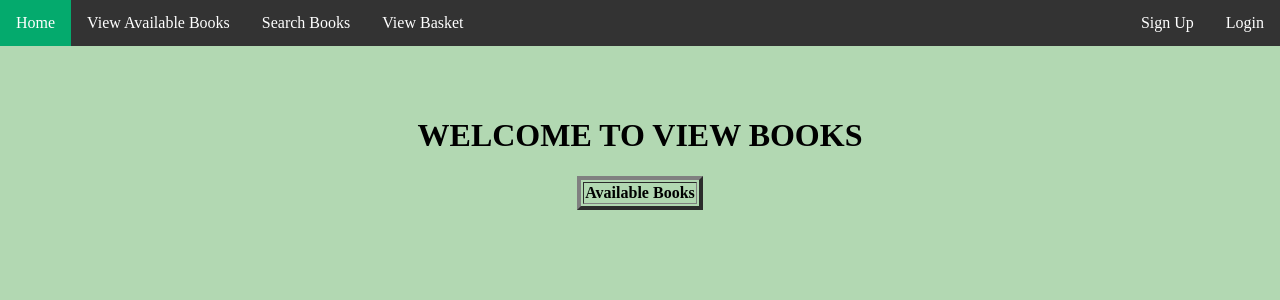
Repository: sach7691/original-book-store
Page: http://localhost/online-book-store-application/view_books.jsp
The author's editor kept a copy of each file at every save. The page is drawn from the files as they stood at one save, then again after the next save.
The browser window is 1280 px wide. The pictures show the whole page.
The page is served by Tomcat 9. Other server files are loaded and not shown. The template is opened directly, without the code that normally fills it, so the values that code supplies are empty.

Above is the page before, as saved 2022-08-25 18:40:28.

### online-book-store-application/src/main/webapp/view_books.jsp
<%@ page language="java" contentType="text/html; charset=ISO-8859-1"
    pageEncoding="ISO-8859-1"%>
<%@ taglib uri="http://java.sun.com/jsp/jstl/core" prefix="c" %>
<%@ page import="java.util.List" %>
<%@page import="com.ab.models.Book" %>
<!DOCTYPE html>
<html>
<head>
<meta charset="ISO-8859-1">
<meta name="viewport" content="width=device-width, initial-scale=1.0">
<title>view books</title>
<style>
body {margin: 0;
 background: rgba(0, 128, 0, 0.3);}

 h1{
 text-align: center;
  padding-top: 50px;

 }
 letter {
   color: #ea503f;
   font-family: Arial;
 }

ul.topnav {
  list-style-type: none;
  margin: 0;
  padding: 0;
  overflow: hidden;
  background-color: #333;
}

ul.topnav li {float: left;}

ul.topnav li a {
  display: block;
  color: white;
  text-align: center;
  padding: 14px 16px;
  text-decoration: none;
}

ul.topnav li a:hover:not(.active) {background-color: #111;}

ul.topnav li a.active {background-color: #04AA6D;}

ul.topnav li.right {float: right;}

@media screen and (max-width: 600px) {
  ul.topnav li.right,
  ul.topnav li {float: none;}
}
</style>
</head>
</head>
<body>
<div>
<ul class="topnav">
  <li><a class="active" href="welcome.jsp">Home</a></li>
  <li><a href="http://localhost:8080/online-book-store-application/ViewBookServlet">View Available Books</a></li>
  <li><a href="search_book.jsp">Search Books</a></li>
  <li><a href="http://localhost:8080/online-book-store-application/BasketViewServlet">View Basket</a></li>
  <li class="right"><a href="login.jsp">Login</a></li>
  <li class="right"><a href="index.jsp">Sign Up</a></li>
</ul>
</div>
<form action="http://localhost:8080/online-book-store-application/ReadBookServlet"  method="GET">
<%
List<Book> books = (List<Book>)session.getAttribute("bList");

%>
<div class="letter"><h1>WELCOME TO VIEW BOOKS</h1></div>
<center>
<table border="4">
  <tr>
    <th>Available Books</th>
  </tr>
    <c:forEach items="${bList}" var="b">
        <tr>
            <td><c:out value="${b.bookTitle}" /></td>
           <td>
        <form action="http://localhost:8080/online-book-store-application/ReadBookServlet" method="GET">
        <input type="text" value="${b.bookTitle}" name="bookTitle" hidden=""/>
       <input type="submit" value="Read Book"/>
       </td>
 </form>
 </tr>
    </c:forEach>
</table>
<br>
</center>
</form>

</body>
</html>

After the next save:
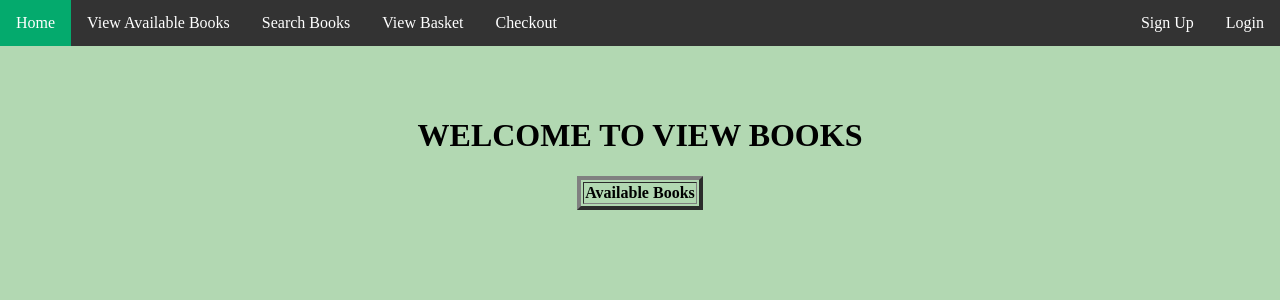
Saved 14 h 39 min later.
--- a/online-book-store-application/src/main/webapp/view_books.jsp
+++ b/online-book-store-application/src/main/webapp/view_books.jsp
@@ -61,6 +61,7 @@ ul.topnav li.right {float: right;}
   <li><a href="http://localhost:8080/online-book-store-application/ViewBookServlet">View Available Books</a></li>
   <li><a href="search_book.jsp">Search Books</a></li>
   <li><a href="http://localhost:8080/online-book-store-application/BasketViewServlet">View Basket</a></li>
+  <li><a href="login.jsp">Checkout</a></li>
   <li class="right"><a href="login.jsp">Login</a></li>
   <li class="right"><a href="index.jsp">Sign Up</a></li>
 </ul>
